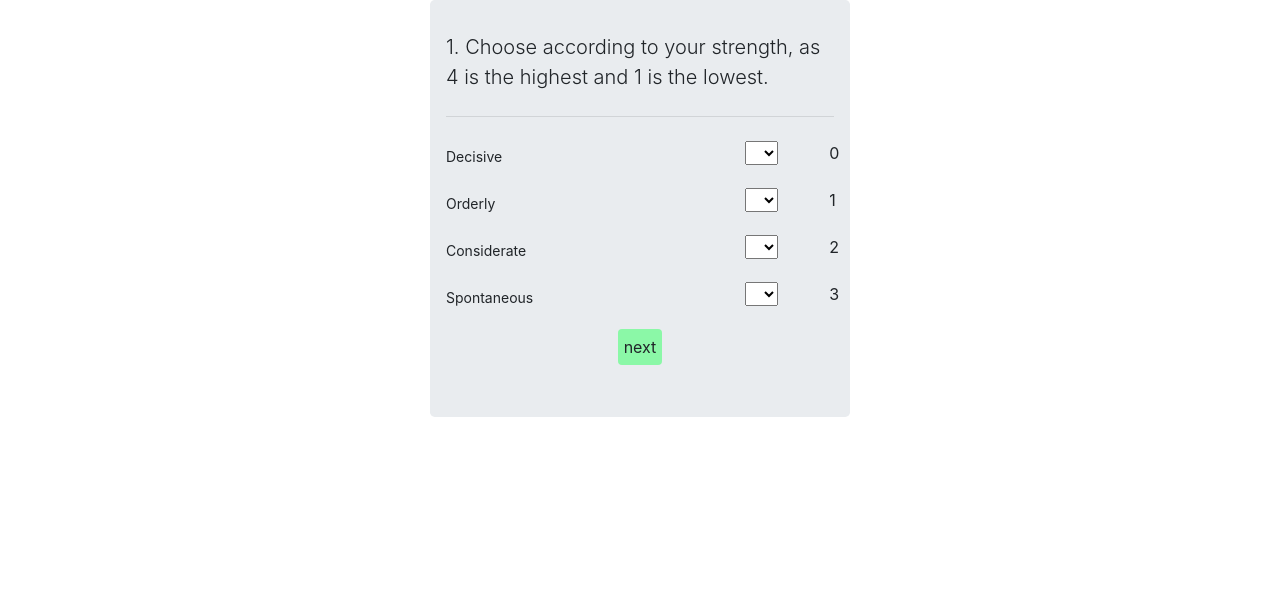
Repository: joroni/personality_test
Page: frontend/index.html
The author's editor kept a copy of each file at every save. The page is drawn from the files as they stood at one save, then again after the next save.
The browser window is 1280 px wide. The pictures show the whole page.
Some web libraries are served in a nearby version.

Above is the page before, as saved 2020-09-08 03:26:10.

### frontend/index.html
<!DOCTYPE html>
  <html lang="en"  ng-app="quiz">
  <head>
    <meta charset="utf-8">
    <title>NewBiz Bootstrap Template</title>
    <meta content="width=device-width, initial-scale=1.0" name="viewport">
    <meta content="" name="keywords">
    <meta content="" name="description">

    <!-- Favicons
    <link href="img/favicon.png" rel="icon">
    <link href="img/apple-touch-icon.png" rel="apple-touch-icon">-->

    <!-- Google Fonts -->
    <link href="https://fonts.googleapis.com/css?family=Open+Sans:300,300i,400,400i,700,700i|Montserrat:300,400,500,700" rel="stylesheet">

    <!-- Bootstrap CSS File -->
    <link href="lib/bootstrap/css/bootstrap.min.css" rel="stylesheet">

    <!-- Libraries CSS Files -->
    <link href="lib/font-awesome/css/font-awesome.min.css" rel="stylesheet">
    <link href="lib/animate/animate.min.css" rel="stylesheet">
    <link href="lib/ionicons/css/ionicons.min.css" rel="stylesheet">
    <link href="lib/owlcarousel/assets/owl.carousel.min.css" rel="stylesheet">
    <link href="lib/lightbox/css/lightbox.min.css" rel="stylesheet">
    <link href="lib/bootstrap-slider/css/bootstrap-slider.css" rel="stylesheet">
    <!-- Main Stylesheet File -->
    <link href="css/style.css" rel="stylesheet">
  <script src="lib/angularjs/1.6.9/angular.min.js"></script>

  <link href="css/style.css" rel="stylesheet" type="text/css">
</head>

<body ng-controller="quizCtrl" ng-init="initData()">
<div class="container">

<!--

    Two items can not share the same value.
      <div ng-repeat="item2 in data2">
        <span>
          {{item2.name}}
        </span>
        <select ng-model="item2.value" ng-change="onChanged()" ng-options="choice for choice in possibleChoices">
        </select>
      </div>
    -->



 <div class="jumbotron">
    <!--<h1 class="display-4">QUIZ APPLICATION</h1>-->
    <p class="lead">{{questions.question}}</p>
    <hr class="my-4">
    <p class="lead">
      <div class="navi">
        <div id="{{QuestId}}">
            <div class="form-group row" ng-repeat="option in questions.options track by $index">
              <label for="A-{{qid}}" class="text-left col-sm-8 col-form-label col-form-label-sm">{{option.text}}</label>
              <div class="col-sm-3">


                   <select name="A-{{qid}}" ng-model="selectedColumn" ng-change="selectColumn(selectedColumn); choiceSequence(selectedColumn,{{QuestId}});" ng-options="obj for obj in priorities" ng-disabled="emptyArr">
                  </select>


              </div>
              <div class="col-sm-1">
                {{$index}}
              </div>
            </div>

             <!--   <div class="form-group">
                 <label for="formControlRange">Example Range input</label>
             <input type="range" min="1" max="4" value="0" class="form-control-range" id="formControlRange{{$index}}">
              <input type="{{buttonType}}" ng-value="{{ratingVal}}" ng-checked="onChange({{$index}})">{{option.text}}</li>
            </div>-->

            {{$index}}
            <div class="button">
              <input type="button" value="previous" class="btn" ng-show="isPrevious" ng-click="previousQuestion()">
              <input type="button" value="next" class="btn" ng-show="isNext" ng-click="turninAnswer({{option.index}});">
            </div>



          </div>
      </div>

    </p>
  </div>

<!--
  <div class="question">
    <h1>QUIZ APPLICATION</h1>
    <h2>{{questions.question}}</h2>
    <div class="navi">
    <ul>
      <li ng-repeat="option in questions.options" style="list-style:none">
        <input type="{{buttonType}}" ng-value="{{ratingVal}}" ng-checked="onChange({{$index}})">{{option.text}}</li>
    </ul>
  </div>
  </div>-->

</body>
<script src="js/script.js"></script>
<script type='text/javascript' src="http://code.jquery.com/jquery-1.11.3.min.js"></script>
<script type='text/javascript' src="lib/bootstrap/js/bootstrap.min.js"></script>
 <!--<script src="lib/jquery/jquery.min.js"></script>
 <script src="lib/jquery/jquery-migrate.min.js"></script>
  <script src="lib/bootstrap/js/bootstrap.bundle.min.js"></script>
  <script type='text/javascript' src="lib/bootstrap-slider/js/bootstrap-slider.js"></script>-->
 <!-- <script src="lib/easing/easing.min.js"></script>
  <script src="lib/mobile-nav/mobile-nav.js"></script>
  <script src="lib/wow/wow.min.js"></script>
  <script src="lib/waypoints/waypoints.min.js"></script>
  <script src="lib/counterup/counterup.min.js"></script>
  <script src="lib/owlcarousel/owl.carousel.min.js"></script>
  <script src="lib/isotope/isotope.pkgd.min.js"></script>
  <script src="lib/lightbox/js/lightbox.min.js"></script>
  <script src="js/main.js"></script>-->

</html>

### frontend/css/style.css
* {}

body {}

.question {
  width: 70%;
  margin: 0 auto;
  height: auto;
  display: block;
  background: #eeeeee;
}

.question h1 {
  text-align: center;
  padding-top: 30px;
  color: #666666;
}

.question h2 {
  width: 100%;
  font-size: 22px;
  color: #0c1e5c;
  padding: 1% 3% 0% 3%;
}

.slider.slider-horizontal .slider-tick-label-container .slider-tick-label {
  display: none;
  text-align: center;
}
/*
.question ul:nth-child(odd) {
  background: #d0dff6;
  width: 30%;
  padding: 8px;
  margin: 1% 9%;
  display: inline-block;
  color: #0c1e5c;
}

.question ul:nth-child(even) {
  background: #d0dff6;
  width: 30%;
  padding: 8px;
  margin: 1% 9%;
  display: inline-block;
  color: #0c1e5c;
}
*/

.button {
  text-align: center;
  margin: 1% 0;
}

.btn {
  background: #8bf8a7;
  padding: 5px;
}



.navi {
  text-align: center;
  display: table;
  width: 100%;
}
.navi ul { display: table-row; }
.navi li { display: table-cell; width: 20%; }
.navi li a { display: block; border: 1px solid #000; }


.jumbotron {
  padding: 2rem 1rem;
  margin-bottom: 2rem;
  background-color: #e9ecef;
  border-radius: .3rem;
  max-width: 420px;
  margin: 0 auto;
}

### frontend/js/script.js
var app = angular.module("quiz", [])
app.controller("quizCtrl", function ($scope) {
  $scope.numprio = 5;
  $scope.datavalue = [];
  $scope.qid = 1;
  $scope.QuestId = 'Q-' + $scope.qid;
  $scope.data = [{
      question: "1. Choose according to your strength, as 4 is the highest and 1 is the lowest.",
      type: "multiple",
      priorities: [4, 3, 2, 1],
      options: [{
          text: "Decisive",
          priority: 1,
        },
        {
          text: "Orderly",
          priority: 2,
        },
        {
          text: "Considerate",
          priority: 3,
        },
        {
          text: "Spontaneous",
          priority: 4,
        }
      ]
    },
    {

      question: "2.  Choose according to your strength, as 4 is the highest and 1 is the lowest.",
      type: "multiple",
      priorities: [4, 3, 2, 1],
      options: [{
          text: "Results",
          priority: 0,
        },
        {
          text: "Systems",
          priority: 0,
        },
        {
          text: "Support",
          priority: 0,
        },
        {
          text: "Inspiration",
          priority: 0,
        }
      ]
    },
    {
      question: "3.  Choose according to your strength, as 4 is the highest and 1 is the lowest.",
      type: "multiple",
      priorities: [4, 3, 2, 1],
      options: [{
          text: "Destination",
          priority: 1,
        },
        {
          text: "Schedule",
          priority: 2,
        },
        {
          text: "Journey",
          priority: 3,
        },
        {
          text: "Dream",
          priority: 4,
        }
      ]
    },
    {
      question: "4.  Choose according to your strength, as 4 is the highest and 1 is the lowest.",
      type: "multiple",
      priorities: [4, 3, 2, 1],
      options: [{
          text: "Blunt	",
          priority: 0,
        },
        {
          text: "Critical",
          priority: 0,
        },
        {
          text: "Hesitant",
          priority: 0,
        },
        {
          text: "Easily Distracted",
          priority: 0,
        }
      ]
    }
  ];
  // $scope.headers = ["foo", "bar", "baz"];
  //let  priItems= [{ "value": 4, "text": "4" }, { "value": 3, "text": "3" }, { "value": 2, "text": "2" }, { "value": 4, "text": "1" }];
  //$scope.priorities = JSON.parse(JSON.stringify(priItems));
  $scope.initData = function () {
    $scope.source = JSON.parse(JSON.stringify($scope.data));
    let srcData = $scope.source;
    for (let i = 0; i < srcData.length; i++) {
      console.log('srcData', srcData[i]);
      $scope.datavalue.push(srcData[i]);
      $scope.priorities = $scope.datavalue[i].priorities;
     // console.log('data', $scope.datavalue[i]);
      console.log('priorities', $scope.priorities);
    }

  }

  //$scope.priorities = [4,3,2,1];
  /* $scope.priorities = $scope.datavalue.priorities;*/
  $scope.selectedColumn = {};
  $scope.selValue = $scope.selValue;
  $scope.selectedhead =  this.$index;
  $scope.emptyArr = false;
  $scope.selectColumn = function (selectedhead) {

    console.log('selected head', selectedhead);
    console.log('selected column', $scope.selectedColumn);
    //let shead = questionId+selectedhead;
    // $scope.fileData.headers.splice(selectedhead);
    $scope.priorities = $scope.priorities.filter(function (item) {
      console.log('item', item);
      return !selectedhead || !angular.equals(item, selectedhead);
      // return !shead || !angular.equals(item, shead);
    });
    console.log('priority', $scope.priorities);
    if ($scope.priorities == "") { // this disables the <select> tag
      $scope.emptyArr = true;
    }

  }

let ans = [];
  $scope.turninAnswer = function(selectedhead){
    $scope.data = $scope.data.filter(function (ans) {
      console.log('answer', ans[selectedhead]);
      return selectedhead || angular.equals(ans, selectedhead);
      // return !shead || !angular.equals(item, shead);
    });


  }

  $scope.index = 0;
  $scope.questions = $scope.data[$scope.index];
  $scope.buttonType = $scope.questions.type == 'multiple' ? 'checkbox' : 'radio';
  $scope.isPrevious = false;
  $scope.isNext = true;
  console.log('questions ', $scope.data);

  $scope.nextQuestion = function () {
    if ($scope.index < 3) {
      $scope.index = $scope.index + 1;
      $scope.questions = $scope.data[$scope.index];
      $scope.qid = $scope.index + 1;
      $scope.buttonType = $scope.questions.type == 'multiple' ? 'checkbox' : 'radio';
      $scope.isPrevious = true;
      console.log($scope.data[$scope.index]);
      if ($scope.index == 3) {
        $scope.isNext = false;
      }
    } else {
      // disble next botton logic
      $scope.isNext = false;
    }
    $scope.emptyArr = false;
   // $scope.initData();
  }


  $scope.possibleChoices = ["", 1, 2, 3, 4];

  $scope.data2 = [];

  for (var i = 0; i < 5; i++) {
    $scope.data2[i] = {};
    $scope.data2[i].value = "";
    $scope.data2[i].name = "Item " + (i + 1);
  }

  $scope.onChanged = function () {
    var currentItem = this.item2;
    angular.forEach($scope.data2, function (listItem) {
      if (listItem !== currentItem && listItem.value === currentItem.value) {
        listItem.value = $scope.possibleChoices[0];
      }
    });
  }


  $scope.onChanged2 = function () {
    var currentItem = this.item;
    angular.forEach($scope.data, function (listItem) {
      if (listItem !== currentItem && listItem.value === currentItem.value) {
        listItem.value = $scope.possibleChoices[0];
      }
    });
  }

  $scope.previousQuestion = function () {
    if ($scope.index > 0) {
      $scope.index = $scope.index - 1;
      $scope.qid = $scope.qid - 1;
      $scope.questions = $scope.data[$scope.index];
      $scope.buttonType = $scope.questions.type == 'multiple' ? 'checkbox' : 'radio';
      $scope.isNext = true;
      if ($scope.index == 0) {
        $scope.isPrevious = false;
      }
    } else {
      // disble next botton logic
      $scope.isPrevious = false;
    }
  }

  $scope.choiceSequence = function (selectedColumn) {
    $scope.selValue = selectedColumn;
    questionId = $scope.QuestId;
    $scope.datavalue = $scope.data;
    /*  if($scope.selValue == null){
        $scope.selValue = selectedColumn;
      }*/
    /* console.log('selected',$scope.selValue);

     var obj = {
       'priority': selectedColumn,
       'questionid':questionId

     };*/

    //  $scope.datavalue.push(obj);
    console.log('datavalue', $scope.datavalue);

  }



  $scope.choiceUnique = function (val) {
    // myValue = $scope.ratingVal;
    $scope.ratingVal = val;
    //$scope.numprio++;
    /* if ($scope.numprio == 0) {
           $scope.numprio++;
       }*/

    console.log($scope.ratingVal);
  }


  $scope.max = 4;
  $scope.ratingVal = 0;
  $scope.readonly = false;
  $scope.onHover = function (val) {
    $scope.hoverVal = val;
  };
  $scope.onLeave = function () {
    $scope.hoverVal = null;
  }
  $scope.onChange = function (val) {
    $scope.ratingVal = val;
    console.log($scope.ratingVal);
  }



});

Loaded but not shown: frontend/lib/bootstrap/css/bootstrap.min.css (library); frontend/lib/font-awesome/css/font-awesome.min.css (library); frontend/lib/animate/animate.min.css (library); frontend/lib/ionicons/css/ionicons.min.css (library); frontend/lib/owlcarousel/assets/owl.carousel.min.css (library); frontend/lib/lightbox/css/lightbox.min.css (common file); frontend/lib/bootstrap-slider/css/bootstrap-slider.css (library); frontend/lib/angularjs/1.6.9/angular.min.js (library); frontend/lib/bootstrap/js/bootstrap.min.js (library)

After the next save:
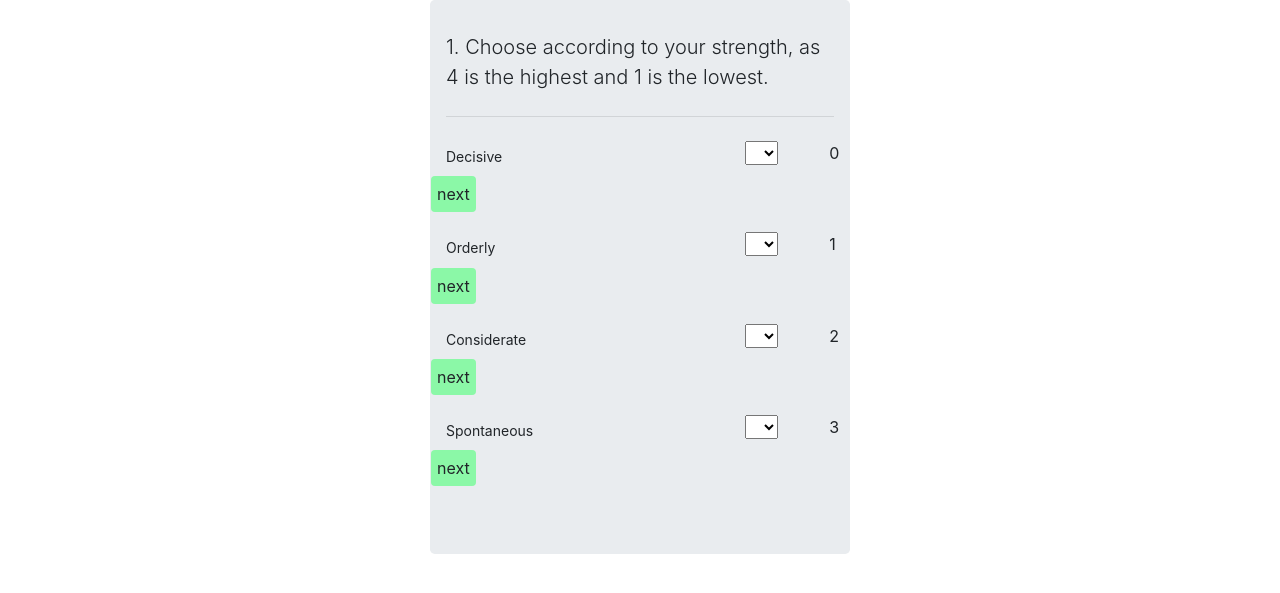
Saved 44 s later.
--- a/frontend/index.html
+++ b/frontend/index.html
@@ -68,6 +68,12 @@
               <div class="col-sm-1">
                 {{$index}}
               </div>
+
+            <div class="button">
+              <input type="button" value="previous" class="btn" ng-show="isPrevious" ng-click="previousQuestion()">
+              <input type="button" value="next" class="btn" ng-show="isNext" ng-click="turninAnswer({{option.index}});">
+            </div>
+
             </div>
 
              <!--   <div class="form-group">
@@ -76,11 +82,6 @@
               <input type="{{buttonType}}" ng-value="{{ratingVal}}" ng-checked="onChange({{$index}})">{{option.text}}</li>
             </div>-->
 
-            {{$index}}
-            <div class="button">
-              <input type="button" value="previous" class="btn" ng-show="isPrevious" ng-click="previousQuestion()">
-              <input type="button" value="next" class="btn" ng-show="isNext" ng-click="turninAnswer({{option.index}});">
-            </div>
 
 
 

After the save that followed:
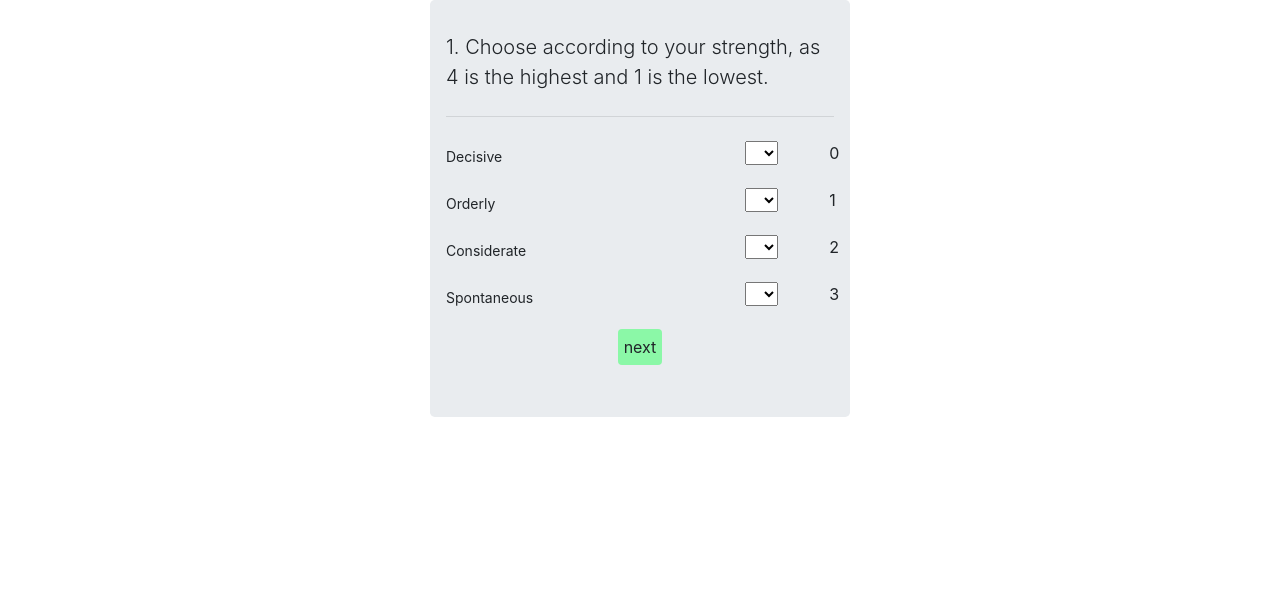
Saved 14 s later.
--- a/frontend/index.html
+++ b/frontend/index.html
@@ -68,12 +68,6 @@
               <div class="col-sm-1">
                 {{$index}}
               </div>
-
-            <div class="button">
-              <input type="button" value="previous" class="btn" ng-show="isPrevious" ng-click="previousQuestion()">
-              <input type="button" value="next" class="btn" ng-show="isNext" ng-click="turninAnswer({{option.index}});">
-            </div>
-
             </div>
 
              <!--   <div class="form-group">
@@ -82,6 +76,11 @@
               <input type="{{buttonType}}" ng-value="{{ratingVal}}" ng-checked="onChange({{$index}})">{{option.text}}</li>
             </div>-->
 
+
+            <div class="button">
+              <input type="button" value="previous" class="btn" ng-show="isPrevious" ng-click="previousQuestion()">
+              <input type="button" value="next" class="btn" ng-show="isNext" ng-click="turninAnswer({{option.index}});">
+            </div>
 
 
 
